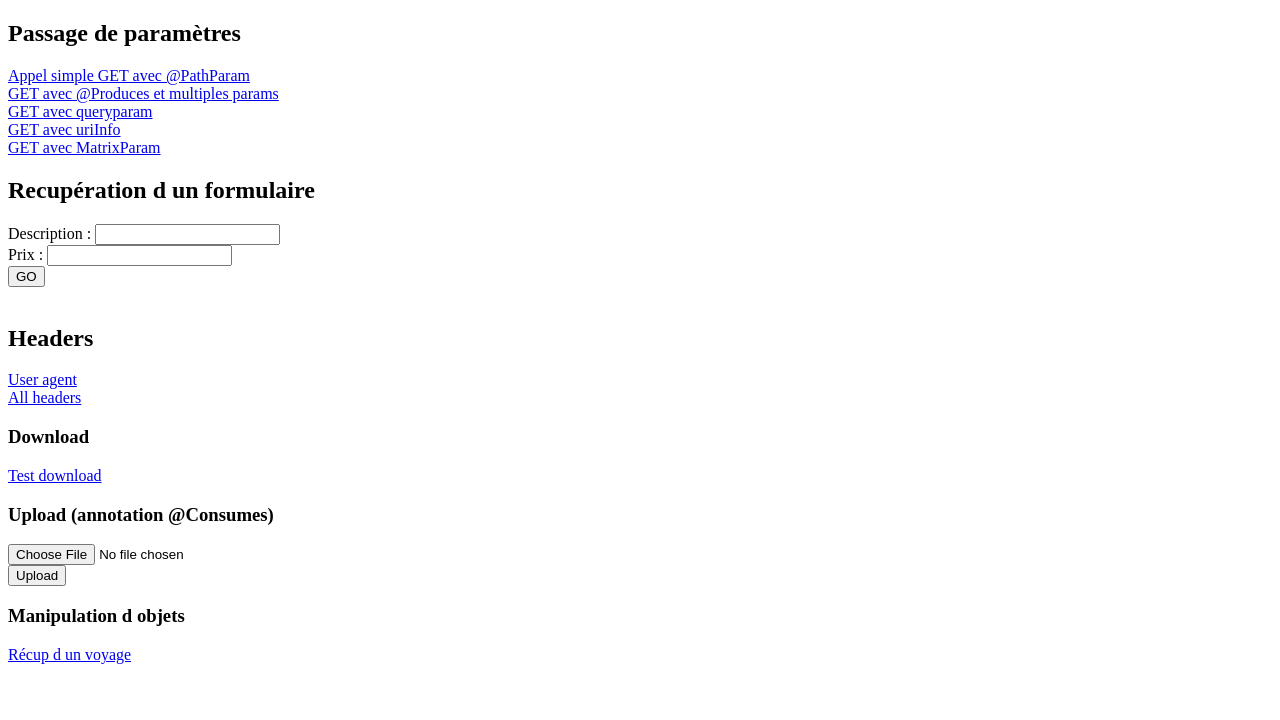
Repository: antoinebody/formationJee7
Page: http://localhost/projetRS/
An editor plug-in stored every save of this project. The page is shown before and after the next save, followed by the edit.
The browser window is 1280 px wide. The pictures show the whole page.
The page is served by Tomcat 9.

Above is the page before, as saved 2015-11-25 15:00:01.

After the next save:
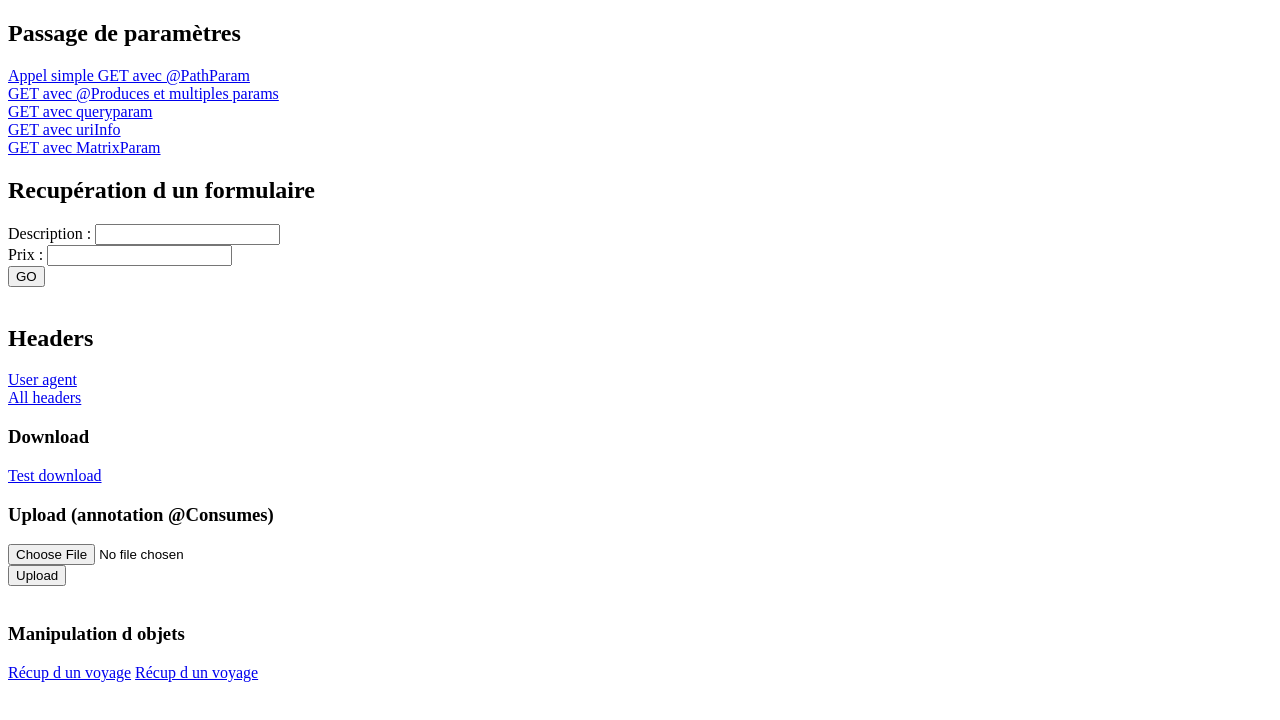
Saved 4 min 22 s later.
--- a/projetRS/WebContent/index.jsp
+++ b/projetRS/WebContent/index.jsp
@@ -34,10 +34,10 @@
 	<a href="rest/bases/user-agent">User agent</a>
 	<br/>
 	<a href="rest/bases/headers">All headers</a>
-
+	<br/>
 	<h3>Download </h3>
 	<a href='rest/bases/download-file'> Test download</a>
-
+	<br/>
 	<h3>Upload (annotation @Consumes)</h3>
 	<!-- 1) ajouter le support dans le configurator dans MyApplication -->
 	<form method="post" action="rest/bases/upload" enctype="multipart/form-data">
@@ -46,9 +46,9 @@
 		<input type="submit" value="Upload"/>
 	</form>
 
-
+	<br/>
 	<h3>Manipulation d objets</h3>
 	<a href="rest/voyages/1">Récup d un voyage</a>
-
+	<a href="rest/voyages">Récup d un voyage</a>
 </body>
 </html>
